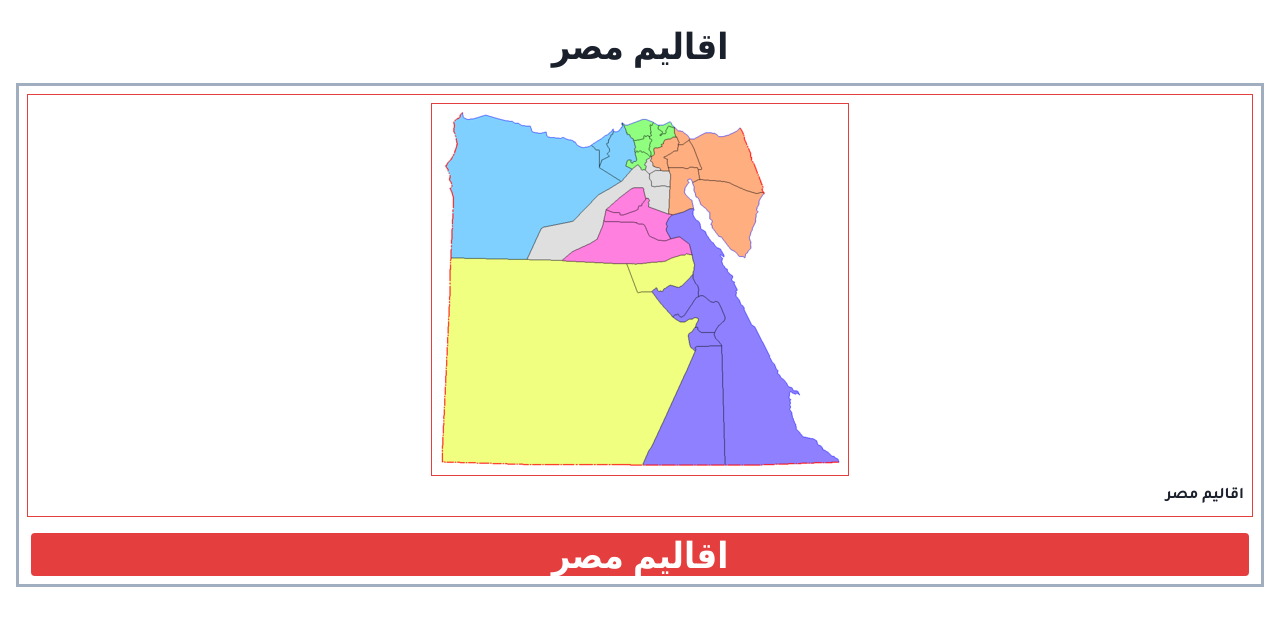
Repository: ahmed-mohamed-eng/egypt-gov-map
Page: /
These files come from the project's save history. The page is drawn as it stood at one moment and after the next save; the edit follows.
The browser window is 1280 px wide. The pictures show the whole page.
Some web fonts or font styles are not loaded; a fallback is used. The project was rebuilt for these pictures with package versions that can differ from the ones it lists, and the page was loaded fresh each time. The framework's server and built-in components were replaced by stand-ins that run in the browser. Also part of the build but not shown: next.config.js.

Above is the page before, as saved 2022-05-28 16:36:59.

### pages/_app.tsx
import "../styles/globals.css";

import type { AppProps } from "next/app";

import { ChakraProvider, extendTheme } from "@chakra-ui/react";

const theme = extendTheme({
  fonts: {
    heading: `"Aref Ruqaa" ,'Segoe UI', Tahoma, Geneva, Verdana, sans-serif`,
  }
});

function MyApp({ Component, pageProps }: AppProps) {
  return (
    <ChakraProvider theme={theme}>
      <Component {...pageProps} />
    </ChakraProvider>
  );
}

export default MyApp;

### pages/_document.tsx
import Document, {
  Html,
  Head,
  Main,
  NextScript,
  DocumentContext,
} from "next/document";

class MyDocument extends Document {
  static async getInitialProps(ctx: DocumentContext) {
    const initialProps = await Document.getInitialProps(ctx);
    return { ...initialProps };
  }

  render() {
    return (
      <Html dir="rtl" lang="ar">
        <Head />
        <body>
          <Main />
          <NextScript />
        </body>
      </Html>
    );
  }
}

export default MyDocument;

### pages/index.tsx
import type { NextPage } from "next";

// Custom Components
import Header from "../components/Header";
import PageContainer from "../components/PageContainer";
import MainContentArea from "../components/MainContentArea";

const Home: NextPage = () => {
  return (
    <PageContainer>
      <Header headerTitle="اقاليم مصر" />
      <MainContentArea />
    </PageContainer>
  );
};

export default Home;

### styles/globals.css
@import url("https://fonts.googleapis.com/css2?family=Amiri:ital,wght@0,700;1,400;1,700&family=Aref+Ruqaa:wght@400;700&family=Tajawal:wght@300;400;500;700;800;900&display=swap");

@tailwind base;
@tailwind components;
@tailwind utilities;

html,
body {
  padding: 0;
  margin: 0;
  font-family: -apple-system, BlinkMacSystemFont, Segoe UI, Roboto, Oxygen,
    Ubuntu, Cantarell, Fira Sans, Droid Sans, Helvetica Neue, sans-serif;
}

a {
  color: inherit;
  text-decoration: none;
}

* {
  box-sizing: border-box;
  font-family: "Tajawal", "Aref Ruqaa", "Segoe UI", Tahoma, Geneva, Verdana,
    sans-serif;
}

### components/Header/index.tsx
export { Header as default } from "./Header";

### components/PageContainer/index.tsx
export { PageContainer as default } from "./PageContainer";

### components/MainContentArea/index.tsx
export { MainContentArea as default } from "./MainContentArea";

### components/Header/Header.tsx
import { Flex, Heading } from "@chakra-ui/react";

export interface HeaderProps {
  headerTitle: string;
}

export const Header = (props: HeaderProps) => {
  return (
    <Flex
      as="header"
      justifyContent="center"
      alignItems="center"
      fontSize="1.5rem"
      fontFamily="arabic"
    >
      <Heading as="h1">{props.headerTitle}</Heading>
    </Flex>
  );
};

### components/PageContainer/PageContainer.tsx
import { VStack } from "@chakra-ui/react"

export const PageContainer = (props: any) => {
  return (
    <VStack py="1.5rem" px="1rem" spacing="1rem">
        {props.children}
    </VStack>
  )
}

### components/MainContentArea/MainContentArea.tsx
import { VStack } from "@chakra-ui/react";

// Custom Components.
import MapArea from "./MapArea";
import QuickNavigationArea from "./QuickNavigationArea";

export const MainContentArea = () => {
  return (
    <VStack
      as="main"
      w="full"
      p="0.5rem"
      spacing="1rem"
      borderWidth="medium"
      borderColor="gray.400"
    >
      <MapArea />
      <QuickNavigationArea />
    </VStack>
  );
};

### components/MainContentArea/MapArea/index.tsx
export { MapArea as default } from "./MapArea";

### components/MainContentArea/QuickNavigationArea/index.tsx
export { QuickNavigationArea as default } from "./QuickNavigationArea";

### components/MainContentArea/MapArea/MapArea.tsx
import { VStack } from "@chakra-ui/react";

// Custom Components.
import MapImage from "./MapImage";
import MapInfoDisplayedLinks from "./MapInfoDisplayedLinks";

export const MapArea = () => {
  return (
    <VStack
      borderWidth="thin"
      borderColor="red.500"
      p="0.5rem"
      w="full"
      spacing="0.5rem"
    >
      <MapImage />
      <MapInfoDisplayedLinks
        breadcrumbItems={[
          {
            text: "اقاليم مصر",
            url: "#",
          },
        ]}
      />
    </VStack>
  );
};

### components/MainContentArea/QuickNavigationArea/QuickNavigationArea.tsx
import { Flex, Heading } from "@chakra-ui/react";

export const QuickNavigationArea = () => {
  return (
    <Flex w="full" px="0.25rem">
      <Heading
        w="full"
        h="fit-content"
        borderRadius="0.25rem"
        color="white"
        bg="red.500"
        textAlign="center"
      >
        اقاليم مصر
      </Heading>
    </Flex>
  );
};

### components/MainContentArea/MapArea/MapImage/index.tsx
export { MapImage as default } from "./MapImage";

### components/MainContentArea/MapArea/MapInfoDisplayedLinks/index.tsx
export { MapInfoDisplayedLinks as default } from "./MapInfoDisplayedLinks";

### components/MainContentArea/MapArea/MapImage/MapImage.tsx
import React from "react";

import { Flex, Image } from "@chakra-ui/react";

// Images Sources.
import mapImage from "../../../../images/Egypt_Provinces.webp";

export const MapImage = () => {
  return (
    <Flex borderWidth="thin" borderColor="red.500" p="0.5rem">
      <Image mixBlendMode="multiply" src={mapImage.src} alt="Egypt Province Map" />
    </Flex>
  );
};

### components/MainContentArea/MapArea/MapInfoDisplayedLinks/MapInfoDisplayedLinks.tsx
import { v4 as uuidV4 } from "uuid";

import { Breadcrumb, BreadcrumbItem, BreadcrumbLink } from "@chakra-ui/react";

export type BreadcrumbElement = {
  url: string;
  text: string;
};

export interface MapInfoDisplayedLinksProps {
  breadcrumbItems: Array<BreadcrumbElement>;
}

export const MapInfoDisplayedLinks = (props: MapInfoDisplayedLinksProps) => {
  const breadcrumbItems = props.breadcrumbItems.map((item) => {
    return (
      <BreadcrumbItem key={uuidV4()}>
        <BreadcrumbLink fontWeight="600" href={item.url}>
          {item.text}
        </BreadcrumbLink>
      </BreadcrumbItem>
    );
  });

  return <Breadcrumb w="full">{breadcrumbItems}</Breadcrumb>;
};

Loaded but not shown: tailwind.config.js (common file)

After the next save:
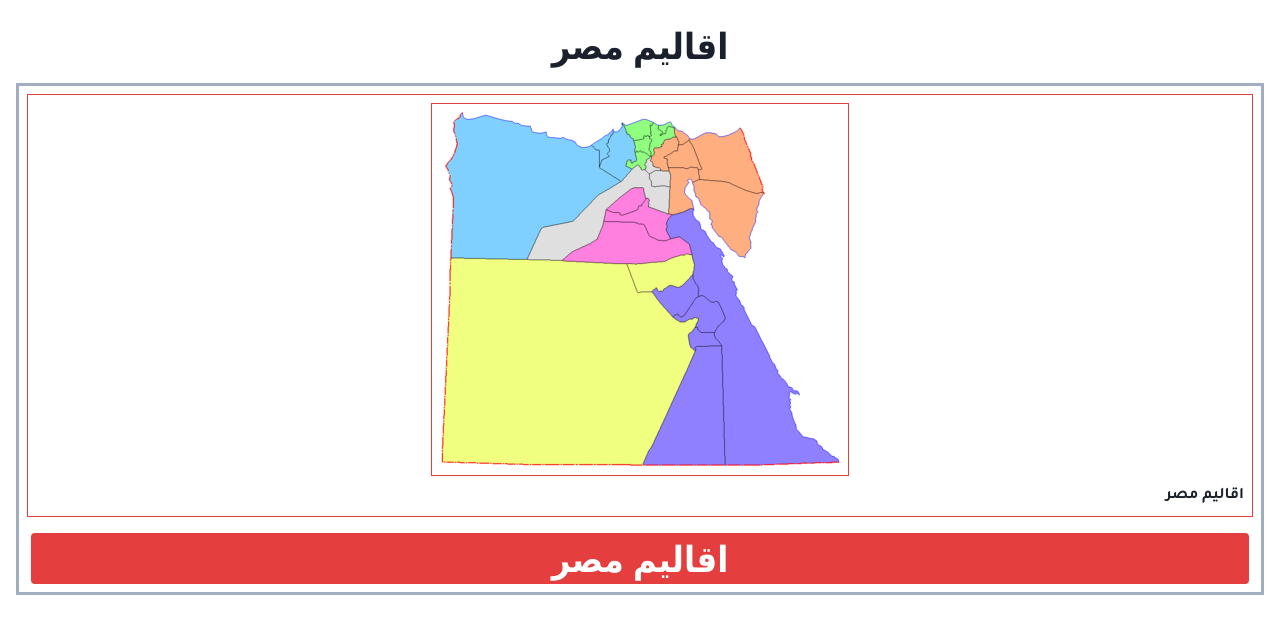
Saved 10 s later.
--- a/components/MainContentArea/QuickNavigationArea/QuickNavigationArea.tsx
+++ b/components/MainContentArea/QuickNavigationArea/QuickNavigationArea.tsx
@@ -9,6 +9,7 @@ export const QuickNavigationArea = () => {
         borderRadius="0.25rem"
         color="white"
         bg="red.500"
+        p="0.25rem"
         textAlign="center"
       >
         اقاليم مصر
